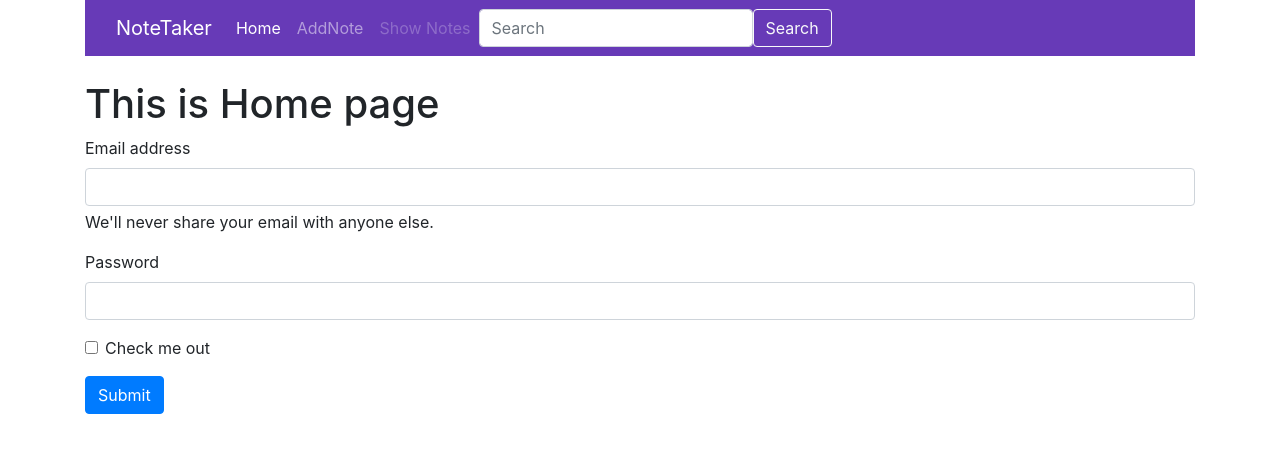
Repository: Mayank-SDE/Projects
Page: http://localhost/NoteTakerTodoApp/
An editor plug-in stored every save of this project. The page is shown before and after the next save, followed by the edit.
The browser window is 1280 px wide. The pictures show the whole page.
Some web libraries are served in a nearby version. The page is served by Tomcat 9. Other server files are loaded and not shown.

Above is the page before, as saved 2022-02-10 16:26:49.

### NoteTaker/NoteTakerTodoApp/src/main/webapp/index.jsp
<!doctype html>
<html lang="en">
  <head>
    <!-- Required meta tags -->
    <meta charset="utf-8">
    <meta name="viewport" content="width=device-width, initial-scale=1, shrink-to-fit=no">

   <title>Note Taker : Home Page</title>
    <%@ include file="all_js_css.jsp"%>

  </head>
  <body>

   <div class="container">

   <%@ include file="navbar.jsp"%>
      <br>
     <h1>This is Home page</h1>
  <form>
  <div class="mb-3">
    <label for="exampleInputEmail1" class="form-label">Email address</label>
    <input type="email" class="form-control" id="exampleInputEmail1" aria-describedby="emailHelp">
    <div id="emailHelp" class="form-text">We'll never share your email with anyone else.</div>
  </div>
  <div class="mb-3">
    <label for="exampleInputPassword1" class="form-label">Password</label>
    <input type="password" class="form-control" id="exampleInputPassword1">
  </div>
  <div class="mb-3 form-check">
    <input type="checkbox" class="form-check-input" id="exampleCheck1">
    <label class="form-check-label" for="exampleCheck1">Check me out</label>
  </div>
  <button type="submit" class="btn btn-primary">Submit</button>
</form>
   </div>

  </body>
</html>

### NoteTaker/NoteTakerTodoApp/src/main/webapp/all_js_css.jsp
  <!-- Required meta tags -->
    <meta charset="utf-8">
    <meta name="viewport" content="width=device-width, initial-scale=1, shrink-to-fit=no">

    <!-- Bootstrap CSS -->
    <link rel="stylesheet" href="https://maxcdn.bootstrapcdn.com/bootstrap/4.0.0/css/bootstrap.min.css" integrity="sha384-Gn5384xqQ1aoWXA+058RXPxPg6fy4IWvTNh0E263XmFcJlSAwiGgFAW/dAiS6JXm" crossorigin="anonymous">

<link href="css/style.css" rel="stylesheet">
        <!-- Optional JavaScript -->
    <!-- jQuery first, then Popper.js, then Bootstrap JS -->
    <script src="https://code.jquery.com/jquery-3.2.1.slim.min.js" integrity="sha384-KJ3o2DKtIkvYIK3UENzmM7KCkRr/rE9/Qpg6aAZGJwFDMVNA/GpGFF93hXpG5KkN" crossorigin="anonymous"></script>
    <script src="https://cdnjs.cloudflare.com/ajax/libs/popper.js/1.12.9/umd/popper.min.js" integrity="sha384-ApNbgh9B+Y1QKtv3Rn7W3mgPxhU9K/ScQsAP7hUibX39j7fakFPskvXusvfa0b4Q" crossorigin="anonymous"></script>
    <script src="https://maxcdn.bootstrapcdn.com/bootstrap/4.0.0/js/bootstrap.min.js" integrity="sha384-JZR6Spejh4U02d8jOt6vLEHfe/JQGiRRSQQxSfFWpi1MquVdAyjUar5+76PVCmYl" crossorigin="anonymous"></script>

### NoteTaker/NoteTakerTodoApp/src/main/webapp/navbar.jsp
<nav class="navbar navbar-expand-lg navbar-dark  purple">
  <div class="container-fluid">
    <a class="navbar-brand" href="index.jsp">NoteTaker</a>
    <button class="navbar-toggler" type="button" data-bs-toggle="collapse" data-bs-target="#navbarSupportedContent" aria-controls="navbarSupportedContent" aria-expanded="false" aria-label="Toggle navigation">
      <span class="navbar-toggler-icon"></span>
    </button>
    <div class="collapse navbar-collapse" id="navbarSupportedContent">
      <ul class="navbar-nav me-auto mb-2 mb-lg-0">
        <li class="nav-item">
          <a class="nav-link active" aria-current="page" href="index.jsp">Home</a>
        </li>
        <li class="nav-item">
          <a class="nav-link" href="add_notes.jsp">AddNote</a>
        </li>

        <li class="nav-item">
          <a class="nav-link disabled" href="#" tabindex="-1" aria-disabled="true">Show Notes</a>
        </li>
      </ul>
      <form class="d-flex">
        <input class="form-control me-2" type="search" placeholder="Search" aria-label="Search">
        <button class="btn btn-outline-light" type="submit">Search</button>
      </form>
    </div>
  </div>
</nav>

### NoteTaker/NoteTakerTodoApp/src/main/webapp/css/style.css

.purple
{
	background:#673ab7;
}

After the next save:
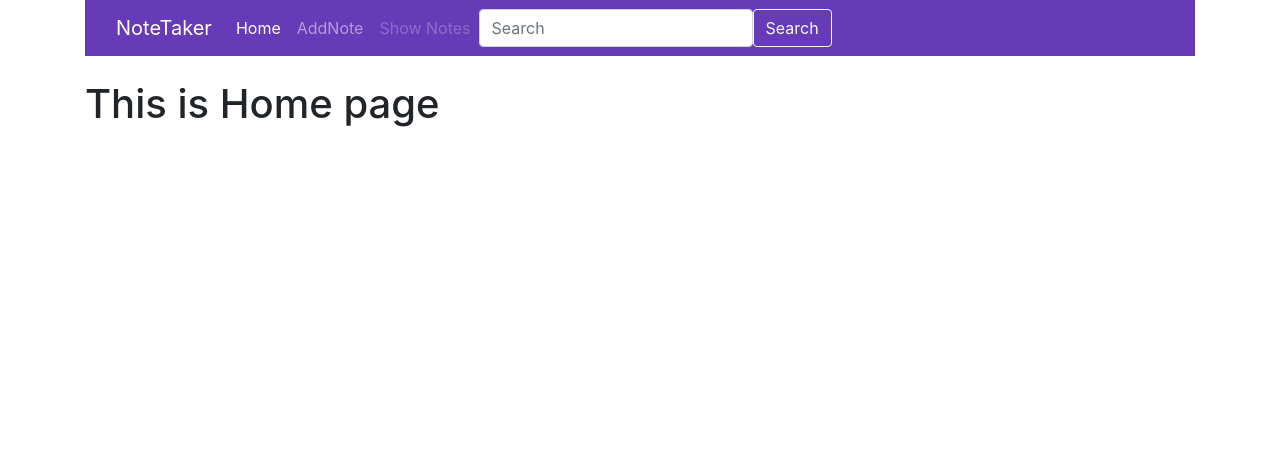
Saved 41 s later.
--- a/NoteTaker/NoteTakerTodoApp/src/main/webapp/index.jsp
+++ b/NoteTaker/NoteTakerTodoApp/src/main/webapp/index.jsp
@@ -16,7 +16,7 @@
    <%@ include file="navbar.jsp"%>
       <br>
      <h1>This is Home page</h1>
-  <form>
+<!--   <form>
   <div class="mb-3">
     <label for="exampleInputEmail1" class="form-label">Email address</label>
     <input type="email" class="form-control" id="exampleInputEmail1" aria-describedby="emailHelp">
@@ -33,6 +33,6 @@
   <button type="submit" class="btn btn-primary">Submit</button>
 </form>
    </div>
-
+ -->
   </body>
 </html>
